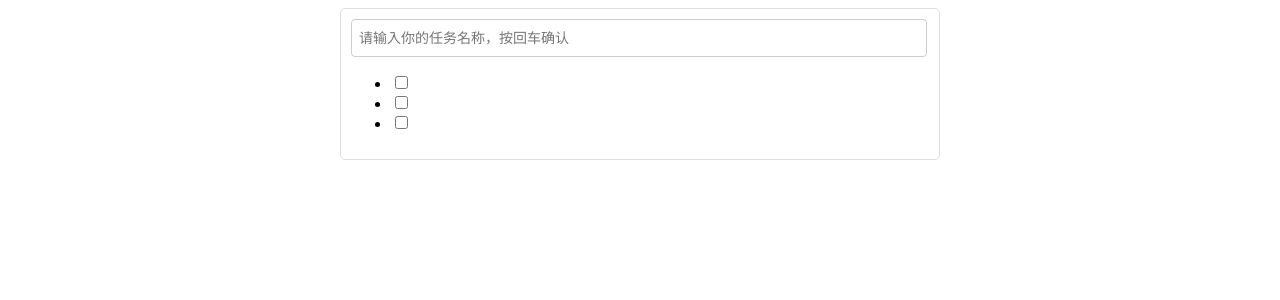
Repository: JYFlw/react
Page: / (app in react-app/)
The author's editor kept a copy of each file at every save. The page is drawn from the files as they stood at one save, then again after the next save.
The browser window is 1280 px wide. The pictures show the whole page.
The project was rebuilt for these pictures with package versions that can differ from the ones it lists, and the page was loaded fresh each time.

Above is the page before, as saved 2021-07-13 10:00:06.

### react-app/public/index.html
<!DOCTYPE html>
<html lang="en">
<head>
  <meta charset="UTF-8">
  <meta http-equiv="X-UA-Compatible" content="IE=edge">
  <meta name="viewport" content="width=device-width, initial-scale=1.0">
  <title>react脚手架</title>
</head>
<body>
  <div id="root"></div>
</body>
</html>

### react-app/src/index.js
//引入react核心库
import React from 'react';
//引入reactReactDOM
import ReactDOM from 'react-dom';
import './index.css';
//引入App
import App from './App';


ReactDOM.render(
  <App />,
  document.getElementById('root')
);

### react-app/src/components/Headers/index.css
/* header */
.todo-header input {
    width: 560px;
    height: 28px;
    font-size: 14px;
    border: 1px solid #CCC;
    border-radius: 4px;
    padding: 4px 7px;
}

.todo-header input:focus {
    outline: none;
    border-color:  rgba(82, 168, 236, .8);
    box-shadow: inset 0 1px 1px rgba(0, 0, 0, .075);
}

### react-app/src/App.jsx
import React, { Component } from 'react'
import Header from './components/Headers'
import List from './components/List'
import Footer from './components/Footers'
import './App.css'

export default class App extends Component {
  //初始化状态
  state = {
    todos:[
      {id:'001',name:'吃饭',done:true},
      {id:'002',name:'洗衣服',done:true},
      {id:'001',name:'拖地',done:false},
    ]
  }

  //updateTodo用于更新一个todo对象
  updateTodo = (id,done) => {
    const {todos} = this.state
    const newTodos = todos.map((todoObj)=>{
      if(todoObj.id === id) return {...todoObj,done}
      else return todoObj
    })
    this.setState({todos:newTodos})
  }
  //deleteTodo用于删除一个todo对象
  deleteTodo = id => {
    //获取原来的todos
    const {todos} = this.state
    //删除指定id的todo对象
    const newTodos = todos.filter((todoObj)=>{
      return todoObj.id !==id
    })
    //更新状态
    this.setState({todos:newTodos})
  }
  render() {
    const {todos} = this.state
    return (
      <div className="todo-container">
        <div className="todo-wrap">
          <Header/>
          <List todos={todos} updateTodo={this.updateTodo} deleteTodo={this.deleteTodo}/>
          <Footer />
        </div>
      </div>
    )
  }
}

### react-app/src/components/Headers/index.jsx
import React, { Component } from 'react'
import PropTypes from 'prop-types'
import {nanoid} from 'nanoid'
import './index.css'

export default class Headers extends Component {
    //对接受的props进行： 类型、必要性的限制
    static propTypes = {
        addTodo: PropTypes.func.isRequired
    }
    handleKeyUp = event => {

    }
    //键盘事件的回调
    handleKeyUp = event => {
        console.log(event)
        const {keyCode,target} = event
        if(keyCode !== 13) return
        if(target.value.trim() === ''){
            alert('输入不能为空')
        }
        const todoObj = {id:nanoid(),name:target.value,done:false}
        this.props.addTodo(todoObj)
        target.value = ''
    }
    render() {
        return (
            <div className="todo-header">
                <input type="text" onKeyUp={this.handleKeyUp} placeholder="请输入你的任务名称，按回车确认" />
            </div>
        )
    }
}

### react-app/src/components/List/index.jsx
import React, { Component } from 'react'
import PropTypes from 'prop-types'
import Item  from '../Item'
import './index.css'

export default class List extends Component {
    static proTypes = {
        todos:PropTypes.array.isRequired,
        updateTodo:PropTypes.func.isRequired,
        deleteTodo:PropTypes.func.isRequired
    }
    render() {
        const {todos,updateTodo,deleteTodo} = this.props
        return (
            <ul className="todo-main">
                {
                    todos.map( todo =>{
                        return <Item key={todo.id} {...todo} updateTodo={updateTodo} deleteTodo={deleteTodo}></Item>
                    })
                }
            </ul>
        )
    }
}

### react-app/src/components/Footers/index.jsx
import React, { Component } from 'react'

export default class Footers extends Component {
    render() {
        return (
            <div>

            </div>
        )
    }
}

### react-app/src/components/Item/index.jsx
import React, { Component } from 'react'
import './index.css'

export default class Item extends Component {
    //标识鼠标移入、移出的
    state = {mouse:false} //标识鼠标移入、移出
    handleMose = flag => {
        return () => {
            this.setState({mouse:flag})
        }
    }
    render() {
        console.log(this.props+'1111111111')
        const {mouse} = this.state
        return (
            <li style={{backgroundColor:mouse ? '#ddd' : 'white'}} onMouseEnter={this.handleMose(true)}>
                <label>
                    <input type="checkbox" />
                </label>
            </li>
        )
    }
}

Loaded but not shown: react-app/src/App.css (common file)

After the next save:
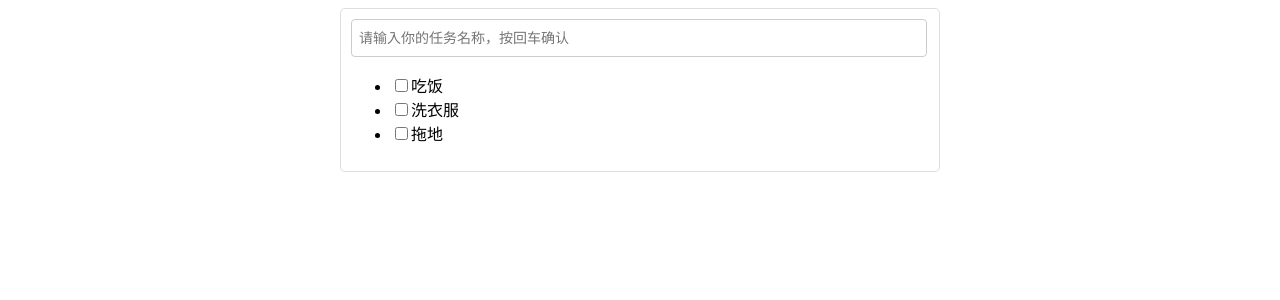
Saved 21 min 11 s later.
--- a/react-app/src/components/Item/index.jsx
+++ b/react-app/src/components/Item/index.jsx
@@ -10,13 +10,20 @@ export default class Item extends Component {
         }
     }
     render() {
-        console.log(this.props+'1111111111')
+        const {id,name,done} = this.props
         const {mouse} = this.state
         return (
-            <li style={{backgroundColor:mouse ? '#ddd' : 'white'}} onMouseEnter={this.handleMose(true)}>
+            // <li style={{backgroundColor:mouse ? '#ddd' : 'white'}} onMouseEnter={this.handleMose(true)}>
+            //     <label>
+            //         <input type="checkbox" />
+            //     </label>
+            // </li>
+            <li style={{background:mouse ? '#ddd' : 'white'}} onMouseEnter={this.handleMose(true)} onMouserLeave={this.handleMose(false)}>
                 <label>
                     <input type="checkbox" />
+                    <span>{name}</span>
                 </label>
+                <button onClick={()=>this.handleDelete(id)} className='btn btn-danger' style={{display:mouse ? 'block' : 'none'}}>删除</button>
             </li>
         )
     }
